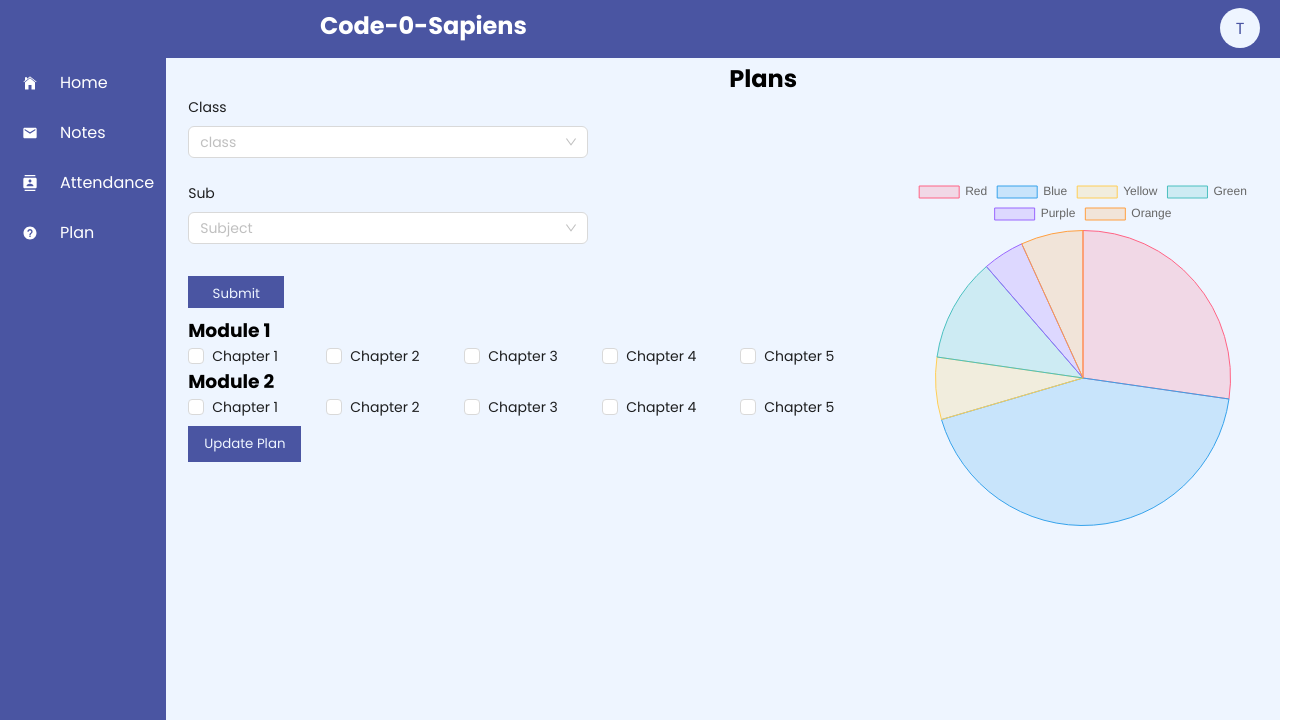
Repository: sinchana-P/code-0-sapiens
Page: /plans (app in client/), after clicking the first element matching `button`
These files come from the project's save history. The page is drawn as it stood at one moment and after the next save; the edit follows.
The browser window is 1280 px wide. The page is 1290 px wide, so the pictures cover 1290 px, including what lies to the right of the window. The pictures show the whole page.
The project was rebuilt for these pictures with package versions that can differ from the ones it lists, and the page was loaded fresh each time. Also part of the build but not shown: client/src/components/auth/login/FormLayoutLogin.jsx, client/src/components/auth/login/Login.jsx, client/src/components/auth/register/FormLayoutRegister.jsx, client/src/components/auth/register/Register.jsx, client/src/components/homeScene/Home.jsx, client/src/components/notes/Notes.jsx, client/src/components/attendance/Attendance.jsx, client/src/components/profile/Profile.jsx and 5 more.

Above is the page before, as saved 2024-03-01 07:48:25.

### client/public/index.html
<!DOCTYPE html>
<html lang="en">
  <head>
    <meta charset="utf-8" />
    <link rel="icon" href="%PUBLIC_URL%/favicon.ico" />
    <meta name="viewport" content="width=device-width, initial-scale=1" />
    <meta name="theme-color" content="#000000" />
    <meta
      name="description"
      content="Web site created using create-react-app"
    />
    <link rel="apple-touch-icon" href="%PUBLIC_URL%/logo192.png" />
    <!--
      manifest.json provides metadata used when your web app is installed on a
      user's mobile device or desktop. See https://developers.google.com/web/fundamentals/web-app-manifest/
    -->
    <link rel="manifest" href="%PUBLIC_URL%/manifest.json" />
    <!--
      Notice the use of %PUBLIC_URL% in the tags above.
      It will be replaced with the URL of the `public` folder during the build.
      Only files inside the `public` folder can be referenced from the HTML.

      Unlike "/favicon.ico" or "favicon.ico", "%PUBLIC_URL%/favicon.ico" will
      work correctly both with client-side routing and a non-root public URL.
      Learn how to configure a non-root public URL by running `npm run build`.
    -->
    <link rel="preconnect" href="https://fonts.googleapis.com">
<link rel="preconnect" href="https://fonts.gstatic.com" crossorigin>
<link href="https://fonts.googleapis.com/css2?family=Poppins:ital,wght@0,100;0,200;0,300;0,400;0,500;0,600;0,700;0,800;0,900;1,100;1,200;1,300;1,400;1,500;1,600;1,700;1,800;1,900&display=swap" rel="stylesheet">
    <title>Code-0-Sapiens</title>
  </head>
  <body>
    <noscript>You need to enable JavaScript to run this app.</noscript>
    <div id="root"></div>
    <!--
      This HTML file is a template.
      If you open it directly in the browser, you will see an empty page.

      You can add webfonts, meta tags, or analytics to this file.
      The build step will place the bundled scripts into the <body> tag.

      To begin the development, run `npm start` or `yarn start`.
      To create a production bundle, use `npm run build` or `yarn build`.
    -->
  </body>
</html>

### client/src/index.js
import React from 'react';
import ReactDOM from 'react-dom/client';
import './index.css';
import App from './App';
import reportWebVitals from './reportWebVitals';
import { BrowserRouter } from 'react-router-dom'
import { apiSlice } from './api/apiSlice';
import {ApiProvider} from '@reduxjs/toolkit/query/react'

const root = ReactDOM.createRoot(document.getElementById('root'));
root.render(
  <BrowserRouter>
    <React.StrictMode>
      <ApiProvider api={apiSlice}>
        <App />
      </ApiProvider>
    </React.StrictMode>
  </BrowserRouter>,
);

// If you want to start measuring performance in your app, pass a function
// to log results (for example: reportWebVitals(console.log))
// or send to an analytics endpoint. Learn more: https://bit.ly/CRA-vitals
reportWebVitals();

### client/src/App.jsx

import './App.css';
import { useState } from 'react';
import { Routes, Route } from 'react-router-dom'
import Login from './components/auth/login/Login'
import Register from './components/auth/register/Register';
import Topbar from './components/global/topbar/Topbar';
import Sidebar from './components/global/sidebar/Sidebar';
import Home from './components/homeScene/Home';
import Notes from './components/notes/Notes';
import Plans from './components/plans/Plans';
import Attendance from './components/attendance/Attendance';
import Profile from './components/profile/Profile';
import StudentSidebar from './components/global/sidebar/StudentSidebar';
import StdHome from './components/stdHome/StdHome';
import StdAttendance from './components/stdAttendance/StdAttendance'
import StdNotes from './components/stdNotes/StdNotes';
import StdDoubts from './components/stdDoubts/StdDoubts';

function App() {
  const [userRole, setUserRole] = useState('Teacher')

  return (
    <div className="App">
      <div className='app-container'>

      <Topbar userRole={userRole}/>

        <div className='main-content'>
          <div className='left-content-container'>

          {
            userRole === 'Teacher' ? (<Sidebar /> ) : (<StudentSidebar /> )
          }

          </div>
          <div className='right-content-container'>
            <Routes>
              <Route path='/login' element={ <Login/> } />
              <Route path='/register' element={ <Register/> } />
              <Route path='/home' element={ <Home/> } />
              <Route path='/notes' element={ <Notes/> } />
              <Route path='/attendance' element={ <Attendance/> } />
              <Route path='/plans' element={ <Plans/> } />
              {/* <Route path='/profile' element={ <Profile/> } /> */}
              <Route path='/student' element={ <StdHome/> } />
              <Route path='/student/attendance' element={ <StdAttendance/> } />
              <Route path='/student/attendance' element={ <StdNotes/> } />
              <Route path='/student/attendance' element={ <StdDoubts/> } />
            </Routes>
          </div>
        </div>
      </div>

    </div>
  );
}

export default App;

### client/src/api/apiSlice.js
import {createApi,fetchBaseQuery} from '@reduxjs/toolkit/query/react'


export const apiSlice = createApi({
       reducerPath:"api",
       baseQuery:fetchBaseQuery({baseUrl:""}),
       tagTypes:['auth', 'student'],
       endpoints:(builder)=>({
        register: builder.mutation({
            query: (data) => ({
                url: '/register',
                method: "POST",
                body: data
            }),
            invalidatesTags:['auth']
        }),
        login: builder.mutation({
            query: (data) => ({
                url: '/login',
                method: "POST",
                body: data
            }),
            invalidatesTags:['auth']
        }),
            //   getTodos:builder.query({
            //          query:()=>'/auth',
            //          transformResponse: (res: Todo[]) =>  {
            //                 // Ensure res is an array before sorting
            //                 console.log(res);

            //                 if (Array.isArray(res)) {
            //                     return res.sort((a, b) => b.id - a.id);
            //                 } else {
            //                     return res;
            //                 }
            //             },

            //          providesTags:['todos']
            //   }),
            //   addTodo:builder.mutation({
            //          query:(todo)=>({
            //                 url:'/todos',
            //                 method:"POST",
            //                 body:todo
            //          }),
            //          invalidatesTags:['todos']
            //   }),
            //   updateTodo:builder.mutation({
            //          query:(todo)=>({
            //                 url:/todos/${todo.id},
            //                 method:'PATCH',
            //                 body:todo
            //          }),
            //          invalidatesTags:['todos']
            //   }),
            //   deleteTodo:builder.mutation({
            //          query:(id)=>({

            //                 url:/todos/${id},
            //                 method:'DELETE',
            //                 body:id
            //          }),
            //          invalidatesTags:['todos']
            //   })

       })
})

export const { useRegisterMutation,useLoginMutation } = apiSlice

### client/src/App.css
@import url('https://fonts.googleapis.com/css2?family=Poppins:ital,wght@0,100;0,200;0,300;0,400;0,500;0,600;0,700;0,800;0,900;1,100;1,200;1,300;1,400;1,500;1,600;1,700;1,800;1,900&display=swap');

* {
  font-family: "Poppins", sans-serif;
}

/* --- */
.full-width-container {
  width: 100%;
  display: flex;
  justify-content: center;
  align-items: center;
}
/* --- */

.right-content-container {
  background-color: #EEF5FF;
  display: flex;
  align-items: start;
  justify-content: center;
}

.app-container {
  display: flex;
  flex-direction: column;
}

.main-content {
  display: flex;
  flex-direction: row;
}

.left-content-container {
  width: 13vw;
}

.right-content-container {
  width: 87vw;

}

### client/src/components/global/topbar/Topbar.jsx
import React, {useState} from 'react'
import './Topbar.css'

const Topbar = ({userRole}) => {
  // const [userRole, setUserRole] = useState('Teacher')

  return (
    <div className='topbar-container'>
        <h2 style={{textAlign: 'left'}} className='logo-text'>Code-0-Sapiens</h2>

        <div className='profile-div'>
          {userRole === 'Teacher' ? 'T' : (userRole === 'Student' ? 'S' : '')}
        </div>
    </div>
  )
}

export default Topbar

### client/src/components/global/sidebar/Sidebar.jsx
import './Sidebar.css'
import { SidebarData } from './SidebarData';
import { Link, NavLink } from 'react-router-dom';


const Sidebar=()=> {
  return (
    <div className='sidebar'>
       <ul className='sidebarList'>
        {
        SidebarData.map((value,key)=>{
            return (
              <NavLink to={value.route} key={key} className='row' >
                <div id='icon'>{value.icon}</div>
                <div id='title'>{value.title}</div>
              </NavLink>
            )
        })
        }
       </ul>
    </div>
  )
}

export default Sidebar

### client/src/components/plans/Plans.jsx
import React, {useState} from 'react';
import { Form, Select, Checkbox } from 'antd';
import './Plans.css'
import { Chart as ChartJS, ArcElement, Tooltip, Legend } from 'chart.js';
import { Pie } from 'react-chartjs-2';


const SidebarData = [
  {
    cls_id: '8',
    sub_id: '1',
    mod_id: 'Module 1',
    chp_id: 'Chapter 1',
    completed: true
  },
  {
    cls_id: '8',
    sub_id: '1',
    mod_id: 'Module 1',
    chp_id: 'Chapter 2',
    completed: false
  },
  {
    cls_id: '8',
    sub_id: '1',
    mod_id: 'Module 1',
    chp_id: 'Chapter 3',
    completed: true
  },
  {
    cls_id: '8',
    sub_id: '1',
    mod_id: 'Module 1',
    chp_id: 'Chapter 4',
    completed: false
  },
  {
    cls_id: '8',
    sub_id: '1',
    mod_id: 'Module 1',
    chp_id: 'Chapter 5',
    completed: true
  },
  {
    cls_id: '8',
    sub_id: '1',
    mod_id: 'Module 2',
    chp_id: 'Chapter 1',
    completed: false
  },
  {
    cls_id: '8',
    sub_id: '1',
    mod_id: 'Module 2',
    chp_id: 'Chapter 2',
    completed: true
  },
  {
    cls_id: '8',
    sub_id: '1',
    mod_id: 'Module 2',
    chp_id: 'Chapter 3',
    completed: true
  },
  {
    cls_id: '8',
    sub_id: '1',
    mod_id: 'Module 2',
    chp_id: 'Chapter 4',
    completed: true
  },
  {
    cls_id: '8',
    sub_id: '1',
    mod_id: 'Module 2',
    chp_id: 'Chapter 5',
    completed: true
  }
];

const CheckboxGroup = Checkbox.Group;
ChartJS.register(ArcElement, Tooltip, Legend);

const Plans = () => {

    const [isSubmit, setIsSubmit] = useState(false)

    const data = {
      labels: ['Red', 'Blue', 'Yellow', 'Green', 'Purple', 'Orange'],
      datasets: [
        {
          label: '# of Votes',
          data: [12, 19, 3, 5, 2, 3],
          backgroundColor: [
            'rgba(255, 99, 132, 0.2)',
            'rgba(54, 162, 235, 0.2)',
            'rgba(255, 206, 86, 0.2)',
            'rgba(75, 192, 192, 0.2)',
            'rgba(153, 102, 255, 0.2)',
            'rgba(255, 159, 64, 0.2)',
          ],
          borderColor: [
            'rgba(255, 99, 132, 1)',
            'rgba(54, 162, 235, 1)',
            'rgba(255, 206, 86, 1)',
            'rgba(75, 192, 192, 1)',
            'rgba(153, 102, 255, 1)',
            'rgba(255, 159, 64, 1)',
          ],
          borderWidth: 1,
        },
      ],
    };

  // Grouping chapters by module
  const groupedChapters = SidebarData.reduce((acc, curr) => {
    const { mod_id, chp_id } = curr;
    if (!acc[mod_id]) {
      acc[mod_id] = [];
    }
    acc[mod_id].push(chp_id);
    console.log('acc');
    console.log(acc);
    return acc;
  }, {});

  const handleSubmit = () => {
    setIsSubmit(true)
  }

  return (
    <div className='plans-main'>
      <h2 className='heading'>Plans</h2>

         <div className='plans-container'>
            <div className='plans-container-left'>
                <Form
                layout="vertical"
                name="basic"
                labelCol={{ span: 8 }}
                wrapperCol={{ span: 16 }}
                style={{ maxWidth: 600 }}
                initialValues={{ remember: true }}
                autoComplete="off"
            >
                <Form.Item label="Class" rules={[{ required: true, message: 'Please select class!' }]}>
                <Select placeholder="class">
                    <Select.Option value="class8">Class 8</Select.Option>
                    <Select.Option value="class9">Class 9</Select.Option>
                    <Select.Option value="class10">Class 10</Select.Option>
                </Select>
                </Form.Item>
                <Form.Item label="Sub" rules={[{ required: true, message: 'Please select class!' }]}>
                <Select placeholder="Subject">
                    <Select.Option value="maths">Maths</Select.Option>
                    <Select.Option value="science">Science</Select.Option>
                    <Select.Option value="social">Social</Select.Option>
                </Select>
                </Form.Item>
                </Form>

                <button style={{ width: '6rem', height: '2rem', textAlign: 'center' }} onClick={handleSubmit}>Submit</button>

                <div>
                    {isSubmit && (
                        <>
                        {Object.keys(groupedChapters).map((module, index) => (

                          <div key={index} className='module-chapters-checkbox'>
                          <h3 style={{padding: ''}}>{module}</h3>
                          <CheckboxGroup>
                              {groupedChapters[module].map((chapter, i) => (
                              <Checkbox checked key={i} value={chapter} style={{width: '130px'}} >
                                  {chapter}
                              </Checkbox>
                              ))}
                          </CheckboxGroup>

                          </div>

                      ))}
                      <button>Update Plan</button>
                        </>
                    )}
                </div>
            </div>

            <div style={{width:'350px', height: '350px'}} className='plans-container-right'>
              <Pie
                data={data}
                width={50}
                height={50}
              />
            </div>
         </div>





    </div>



  );
}

export default Plans;

### client/src/components/auth/login/Login.css
.login-container{
    padding: 1rem 0;
    /* background-color: pink; */
    width: 50vw;

}

h2 {
    text-align: center;
    margin-left: 20rem;
}

### client/src/components/auth/register/Register.css
.register-container{
    padding: 1rem 0;
    /* background-color: pink; */
    width: 50vw;

}

h2 {
    text-align: center;
    margin-left: 20rem;
}

### client/src/components/global/topbar/Topbar.css
.topbar-container {
    background-color: #4A55A2;
    min-width: 95vw;
    height: 4rem;
    display: flex;
    flex-direction: row;
    justify-content: space-between;
}

.profile-div {
    background-color: #EEF5FF;
    color: #4a55a2;
    width: 40px;
    height: 40px;
    border-radius: 50%;
    display: flex;
    justify-content: center;
    align-items: center;
    margin-top: 8px;
    margin-right: 20px;
}

.logo-text {
    color: white;
    /* text-align: center; */
    margin-top: 0.5rem;
}

### client/src/components/global/sidebar/Sidebar.css
*{
    margin: 0;
    padding: 0;
  }
  .App{
    width: 100vw;
    height: 100vh;
    display: flex;
  }

  .sidebar{
    height: 92vh;
    width: 200px;
    background-color: #4A55A2;
  }

  .sidebarList{
    height: auto;
    width: 100%;
    padding: 0;
  }

  .sidebarList .row{
    width: 100%;
    height: 50px;
    list-style-type: none;
    margin: 0;
    display: flex;
    flex-direction: row;
    color: white;
    justify-content: center;
    align-items: center;
    text-decoration: none;
  }

  .sidebarList .row:hover{
    cursor: pointer;
    background-color: #EEF5FF;
    color: black;

  }

  .row #icon{
    flex: 30%;
    display: grid;
    place-items: center;
  }

  .row #title{
    flex: 70%;
  }

  .row .active {
    background-color: #EEF5FF;
    color: black;
  }

### client/src/components/global/sidebar/SidebarData.js
import { IoIosHome,IoMdHelpCircle } from "react-icons/io";
import { MdEmail,MdContacts } from "react-icons/md";
import { FaRegCalendarCheck } from "react-icons/fa";


export const SidebarData=[
       {
              title:"Home",
              icon:<IoIosHome />,
              route:"/"
       },
       {
              title:"Notes",
              icon:<MdEmail />,
              route:"/notes"
       },
       {
              title:"Attendance",
              icon:<MdContacts />,
              route:"/attendance"
       },
       {
              title:"Plan",
              icon:<IoMdHelpCircle />,
              route:"/plans"
       },
       // {
       //        title:"Profile",
       //        icon:<FaRegCalendarCheck />,
       //        route:"/profile"
       // },
]

### client/src/components/notes/Notes.css
.notes-main {
    width: 87vw;
}

.heading {
    margin-left: 28rem;
}

.notes-container{
    margin: 1rem 18rem;
}

.notes-form-container {
    padding: 1rem 0;
}

.notes-upload-main {
    display: flex;
    flex-direction: row;
}


.notes-upload-container {
    display: flex;
    flex-direction: column;
}

.notes-pdf, .notes-link {
    display: flex;
    flex-direction: row;
    padding: 0.5rem 0;
}

.notes-upload-container {
    padding: 0rem 1rem;
}

p{
    font-weight: bold;
}

### client/src/components/plans/Plans.css
.plans-main{
    /* width: 90vw; */
    padding: 0.2rem 2rem;
    /* background-color: pink; */
    /* max-height: 90vh; */

}

.module-chapters-checkbox {
    display: flex;
    flex-direction: column;
    justify-content: start;
}

.heading {
    margin-left: 5rem;
}

.plans-container {
    display: flex;
    flex-direction: row;
    /* justify-content: space-evenly; */

}

.plans-container-left {
    display: flex;
    flex-direction: column;
    width: 45rem;
    /* background-color: green; */
}
.plans-container-right {
    display: flex;
    flex-direction: column;
    width: 40rem;
    margin-top: 5rem;
    /* background-color: rgb(13, 0, 128); */
}

### client/src/components/attendance/Attendance.css
.attendance-main {
    /* background-color: pink; */
    width: 80vw;
}

.attendance-class {
    /* background-color: pink; */
}

.attendance-class-inputs-container {
    display: flex;
    flex-direction: row;
    min-width: 80vw;
}

.attendance-class-each {
    width: 15rem;
    margin: 2rem;
}

button {
    background-color: #4a55a2;
    color: #EEF5FF;
    border: none;
    padding: 0.5rem 1rem;
    margin: 0.5rem 0;
}

button:hover {
    background-color: #b9cae3;
    color: #4a55a2;
    cursor: pointer;
}

### client/src/components/global/sidebar/StudentSidebarData.js
import { IoIosHome,IoMdHelpCircle } from "react-icons/io";
import { MdEmail,MdContacts } from "react-icons/md";
import { FaRegCalendarCheck } from "react-icons/fa";


export const StudentSidebarData=[
       {
              title:"Home",
              icon:<IoIosHome />,
              route:"/student"
       },
       {
              title:"Attendance",
              icon:<MdEmail />,
              route:"/student/attendance"
       },
       {
              title:"Notes",
              icon:<MdContacts />,
              route:"/student/notes"
       },
       {
              title:"Doubts",
              icon:<IoMdHelpCircle />,
              route:"/student/doubts"
       },
       // {
       //        title:"Profile",
       //        icon:<FaRegCalendarCheck />,
       //        route:"/profile"
       // },
]

### client/src/components/stdAttendance/StdAttendance.css
.attendance-main {
    /* background-color: pink; */
    width: 87vw;
    padding: 1rem 20rem;
}

.attendance-class {
    /* background-color: pink; */
}

.attendance-class-inputs-container {
    display: flex;
    flex-direction: row;
    min-width: 80vw;
}

.attendance-class-each {
    width: 15rem;
    margin: 2rem;
}

button {
    background-color: #4a55a2;
    color: #EEF5FF;
    border: none;
    padding: 0.5rem 1rem;
    margin: 0.5rem 0;
}

button:hover {
    background-color: #b9cae3;
    color: #4a55a2;
    cursor: pointer;
}

.header {
    margin: 1rem 5rem;
}

Loaded but not shown: client/src/index.css (common file); client/src/reportWebVitals.js (common file)

After the next save:
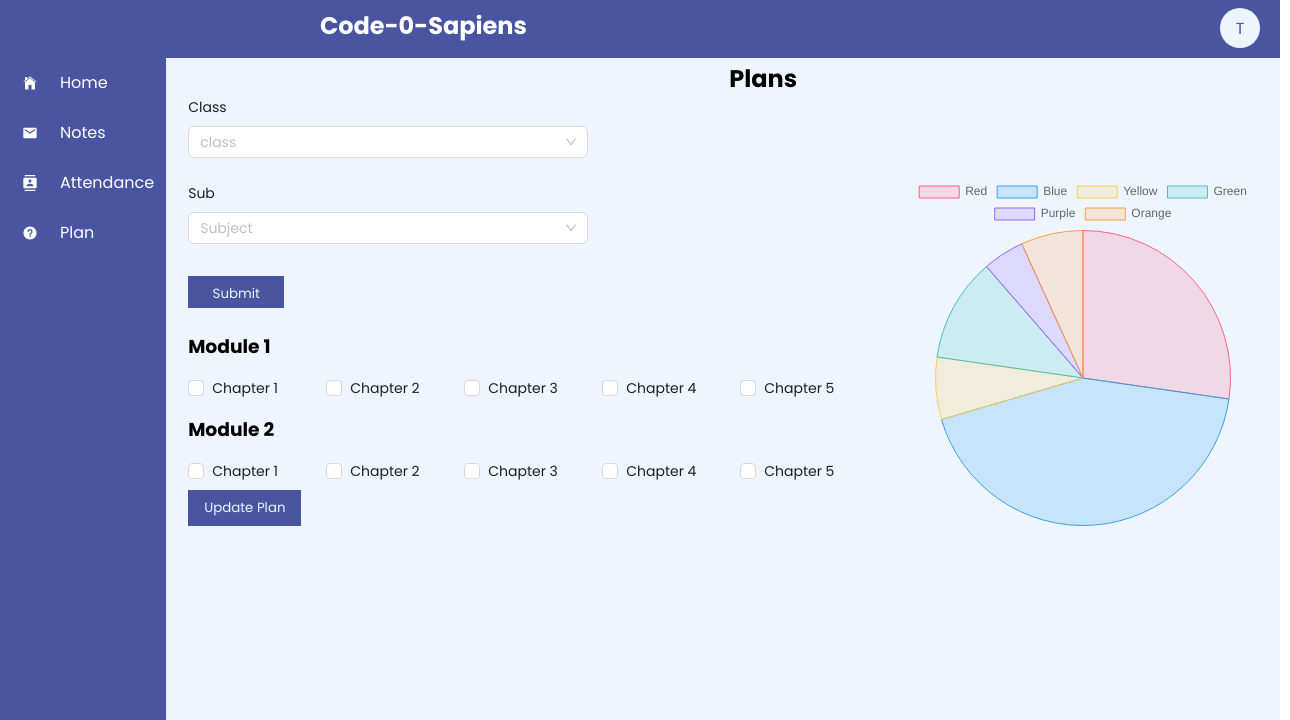
Saved 4 s later.
--- a/client/src/components/plans/Plans.jsx
+++ b/client/src/components/plans/Plans.jsx
@@ -167,7 +167,7 @@ const Plans = () => {
                         {Object.keys(groupedChapters).map((module, index) => (
 
                           <div key={index} className='module-chapters-checkbox'>
-                          <h3 style={{padding: ''}}>{module}</h3>
+                          <h3 style={{padding: '1rem 0'}}>{module}</h3>
                           <CheckboxGroup>
                               {groupedChapters[module].map((chapter, i) => (
                               <Checkbox checked key={i} value={chapter} style={{width: '130px'}} >
